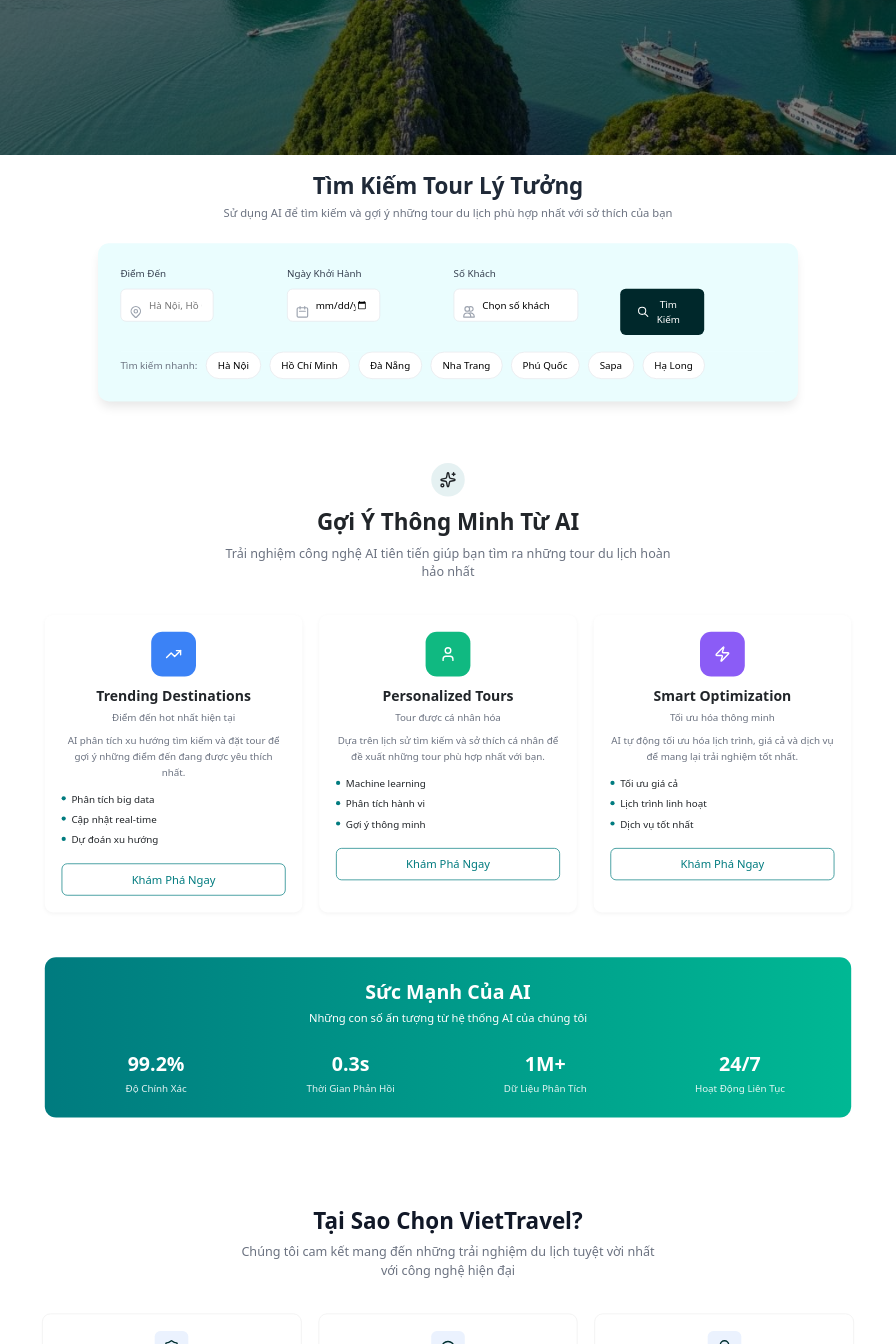
Repository: QuangZuy11/TravelBookingSystem-FE
Page: /
The author's editor kept a copy of each file at every save. The page is drawn from the files as they stood at one save, then again after a run of saves.
The browser window is 1280 px wide. The pictures show the part of the page from y = 598 to 2518 px (the page is 3639 px tall before and 3981 px after), at 70% of full size.
The page's requests for data from a server got no answer. The project was rebuilt for these pictures with package versions that can differ from the ones it lists, and the page was loaded fresh each time. No one was signed in, and anything a server would have sent is missing. Also part of the build but not shown: vite.config.js, src/pages/auth/AuthPage.css, src/pages/auth/AuthPage.jsx, src/contexts/FlightContext.jsx, src/components/common/ErrorBoundary.jsx, src/utils/tokenUtils.js, src/components/common/ProtectedRoute.jsx, src/pages/NotFoundPage.jsx and 63 more.

Above is the page before, as saved 2025-10-07 23:03:44.

### src/index.css
@tailwind base;
@tailwind components;
@tailwind utilities;

/* Bạn có thể thêm CSS custom ở dưới */

:root {
  font-family: system-ui, Avenir, Helvetica, Arial, sans-serif;
  line-height: 1.5;
  font-weight: 400;

  color-scheme: light;
  color: rgba(0, 0, 0, 0.87);
  background-color: #ffffff;

  font-synthesis: none;
  text-rendering: optimizeLegibility;
  -webkit-font-smoothing: antialiased;
  -moz-osx-font-smoothing: grayscale;
}

@media (prefers-color-scheme: light) {
  :root {
    color: #213547;
    background-color: #ffffff;
  }
  a:hover {
    color: #747bff;
  }
  button {
    background-color: #f9f9f9;
  }
}

### src/pages/traveler/Homepage.jsx
import TopBar from "../../components/layout/Topbar/Topbar";
import Header from "../../components/layout/Header/Header";
import HeroSection from "../../components/layout/HeroSection/HeroSection";
import TourSearchForm from "../../components/layout/TourSearchForm/TourSearchForm";
import Footer from "../../components/layout/Footer/Footer.jsx";
import AITitle from "../../components/layout/AITitle/AITitle.jsx";
import WhyVietTravel from "../../components/layout/WhyVietTravel/WhyVietTravel.jsx";
import FeaturedTours from "../../components/layout/FeaturedTours/FeaturedTours.jsx";
function Homepage() {
  return (
    <>
      <TopBar />
      <Header />
      <HeroSection />
      <TourSearchForm />
      <AITitle />
      <WhyVietTravel />
      <Footer />

    </>
  );
}

export default Homepage;

### src/contexts/AuthContext.jsx
import React, { createContext, useState, useContext, useEffect } from 'react';
import { useNavigate } from 'react-router-dom';

const AuthContext = createContext(null);

export const AuthProvider = ({ children }) => {
  const [user, setUser] = useState(null);
  const navigate = useNavigate();

  useEffect(() => {
    // Check token and other stored data
    const token = localStorage.getItem('token');
    const fullName = localStorage.getItem('fullName');
    const providerId = localStorage.getItem('providerId');
    const role = localStorage.getItem('role');

    // If we have a token and basic user info, restore the user state
    if (token && fullName) {
      const restoredUser = {
        name: fullName,
        providerId: providerId,
        role: role,
        token: token
      };
      setUser(restoredUser);
    }
  }, []);

  const login = (data) => {
    const userToSet = {
      name: data.fullName,
      providerId: data.id,
      role: data.role,
      token: data.token
    };

    // Store all relevant data
    localStorage.setItem('token', data.token);
    localStorage.setItem('fullName', data.fullName);
    localStorage.setItem('providerId', data.id);
    localStorage.setItem('role', data.role);
    localStorage.setItem('user', JSON.stringify(userToSet));

    setUser(userToSet);
  };

  const logout = () => {
    // Clear all stored data
    localStorage.removeItem('token');
    localStorage.removeItem('fullName');
    localStorage.removeItem('providerId');
    localStorage.removeItem('role');
    localStorage.removeItem('user');

    setUser(null);
    navigate('/');
  };

  return (
    <AuthContext.Provider value={{ user, login, logout }}>
      {children}
    </AuthContext.Provider>
  );
};

export const useAuth = () => {
  return useContext(AuthContext);
};

### src/components/layout/Topbar/Topbar.jsx
import React from "react";
import { FaPhoneAlt, FaEnvelope } from "react-icons/fa";
import "./Topbar.css";

const TopBar = () => {
  return (
    <div className="topbar">
      <div className="topbar-left">
        <FaPhoneAlt className="icon" />
        <span className="me-4">Hotline: 1900-1234</span>
      </div>
      <div className="topbar-center">
        <FaEnvelope className="icon" />
        <span>info@viettravel.com</span>
      </div>

      <div className="topbar-right">Hỗ trợ 24/7 - Đặt tour nhanh chóng </div>
    </div>
  );
};

export default TopBar;

### src/components/layout/Header/Header.jsx
import React, { useState } from 'react';
import { FaUserCircle } from "react-icons/fa";
import { Link, useNavigate } from "react-router-dom";
import "./Header.css";
import Logo from "../../assets/logo.png";
import { useAuth } from '../../../contexts/AuthContext';

const Header = () => {
  const { user, logout } = useAuth();
  const [dropdownVisible, setDropdownVisible] = useState(false);
  const navigate = useNavigate();

  const handleLogout = () => {
    logout();
    setDropdownVisible(false);
    navigate('/');
  };

  return (
    <header className="header">
      <div className="header-container">
        <div className="header-logo">
        <img src={Logo} alt="VietTravel Logo" className="logo-img" />
        <span className="logo-text">VietTravel</span>
      </div>

      <nav className="header-nav">
        <a href="/">Trang Chủ</a>
        <a href="/tour">Tour Du Lịch</a>
        <a href="/hotel-page">Khách Sạn</a>
        <a href="/about">Về Chúng Tôi</a>
        <a href="/contact">Liên Hệ</a>
      </nav>
      <div className="header-auth">
        {user ? (
          <div className="header-user-info" onClick={() => setDropdownVisible(!dropdownVisible)}>
            <FaUserCircle className="login-icon" />
            <span>{user.name}</span>
            {dropdownVisible && (
              <div className="dropdown-menu">
                <Link to="/profile" className="dropdown-item">Profile</Link>
                {user.role === 'ServiceProvider' && (
                  <Link to="/provider/hotels" className="dropdown-item">Quản lý dịch vụ</Link>
                )}
                <button onClick={handleLogout} className="dropdown-item">Đăng xuất</button>
              </div>
            )}
          </div>
        ) : (
          <Link to="/auth" className="header-login-link">
            <div className="header-login">
              <FaUserCircle className="login-icon" />
              <span>Đăng Nhập</span>
            </div>
          </Link>
        )}
      </div>
      </div>
    </header>
  );
};

export default Header;

### src/components/layout/HeroSection/HeroSection.jsx
import "./HeroSection.css";

const HeroSection = () => {
  return (
    <section className="hero">
      <div className="hero-overlay">
        <div className="hero-content">
          <h1 class="title">
            Khám Phá Việt Nam <br />
            <span class="highlight">Cùng AI Thông Minh</span>
          </h1>
          <p>
            Trải nghiệm du lịch được cá nhân hóa với công nghệ AI tiên tiến. Tìm
            kiếm, đặt tour và khám phá những điểm đến tuyệt vời nhất Việt Nam.
          </p>

          <div className="hero-buttons">
            <button className="btn primary">Khám Phá Ngay →</button>
            <button className="btn secondary">▶ Xem Video</button>
          </div>

          <div className="hero-stats">
            <div>
              <h3>1000+</h3>
              <p>Tour Du Lịch</p>
            </div>
            <div>
              <h3>50K+</h3>
              <p>Khách Hàng</p>
            </div>
            <div>
              <h3>4.9★</h3>
              <p>Đánh Giá</p>
            </div>
          </div>
        </div>
      </div>
    </section>
  );
};

export default HeroSection;

### src/components/layout/WhyVietTravel/WhyVietTravel.jsx
import React from "react";
import "./WhyVietTravel.css";
import { Shield, Headphones, Award, Zap, Users, Globe } from "lucide-react";

const features = [
  {
    icon: Shield,
    title: "Đảm Bảo An Toàn",
    description:
      "Bảo hiểm du lịch toàn diện và đội ngũ hướng dẫn viên chuyên nghiệp",
  },
  {
    icon: Headphones,
    title: "Hỗ Trợ 24/7",
    description: "Đội ngũ tư vấn sẵn sàng hỗ trợ bạn mọi lúc, mọi nơi",
  },
  {
    icon: Award,
    title: "Chất Lượng Đảm Bảo",
    description: "Được chứng nhận bởi Tổng cục Du lịch Việt Nam",
  },
  {
    icon: Zap,
    title: "Công Nghệ AI",
    description: "Ứng dụng trí tuệ nhân tạo để tối ưu trải nghiệm du lịch",
  },
  {
    icon: Users,
    title: "Cộng Đồng Lớn",
    description: "Hơn 50,000 khách hàng tin tưởng và đồng hành",
  },
  {
    icon: Globe,
    title: "Phủ Sóng Toàn Quốc",
    description: "Mạng lưới đối tác rộng khắp 63 tỉnh thành",
  },
];

const WhyVietTravel = () => {
  return (
    <section className="why-container">
      <div className="why-header">
        <h2 className="why-title">Tại Sao Chọn VietTravel?</h2>
        <p className="why-subtitle">
          Chúng tôi cam kết mang đến những trải nghiệm du lịch tuyệt vời nhất
          với công nghệ hiện đại
        </p>
      </div>

      {/* Features Grid */}
      <div className="why-grid">
        {features.map((feature, index) => {
          const IconComponent = feature.icon;
          return (
            <div key={index} className="why-card">
              <div className="why-icon">
                <IconComponent size={24} />
              </div>
              <h3 className="why-card-title">{feature.title}</h3>
              <p className="why-card-text">{feature.description}</p>
            </div>
          );
        })}
      </div>

      {/* Stats Section */}
      <div className="why-stats">
        <div>
          <div className="why-stat-value">1000+</div>
          <div className="why-stat-label">Tour Du Lịch</div>
        </div>
        <div>
          <div className="why-stat-value">50K+</div>
          <div className="why-stat-label">Khách Hàng Hài Lòng</div>
        </div>
        <div>
          <div className="why-stat-value">4.9/5</div>
          <div className="why-stat-label">Đánh Giá Trung Bình</div>
        </div>
        <div>
          <div className="why-stat-value">24/7</div>
          <div className="why-stat-label">Hỗ Trợ Khách Hàng</div>
        </div>
      </div>
    </section>
  );
};

export default WhyVietTravel;

### src/components/layout/Topbar/Topbar.css
.topbar {
  background-color: #002f2f;
  color: white;
  font-size: 14px;
  display: flex;
  justify-content: space-between;
  align-items: center;
  padding: 10px 20px;
  width: 100%;
  box-sizing: border-box;
  position: fixed;
  top: 0;
  left: 0;
  z-index: 1000;
}

.topbar-left {
  display: flex;
  align-items: center;
  margin-left: 25px;
}
.topbar-right {
  text-align: right;
  font-weight: 500;
}
.topbar-center {
  display: flex;
  align-items: center;
  margin-right: auto;
  margin-left: 40px;
}
.icon {
  margin-right: 6px;
}

### src/components/layout/Header/Header.css
.header {
 display: flex;
  justify-content: space-around;
  align-items: center;
  padding: 4px 10px;
  background-color: rgba(255, 255, 255, 0.7);
  color: #002f2f;
  font-size: 18px;
  border-bottom: 1px solid #eee;
  position: fixed;
  top: 40px;
  z-index: 1000;
  backdrop-filter: blur(8px);
  left: 0;
  width: 100%;
}

.header-container {
  max-width: 1440px;
  margin: 0 auto;
  display: flex;
  justify-content: space-between;
  align-items: center;
  padding: 4px 24px;
  font-size: 18px;
  width: 100%;
}

.header-logo {
  display: flex;
  align-items: center;
  gap: 8px;
}

.logo-img {
  width: 32px;
  height: 32px;
  object-fit: contain;
}

.logo-text {
  font-size: 18px;
  font-weight: bold;
  color: #007b7f;
}

/* Navigation menu */
.header-nav {
  display: flex;
  gap: 32px;
}

.header-nav a {
  text-decoration: none;
  color: #002f2f;
  font-weight: 500;
  transition: color 0.3s, border-bottom 0.3s;
  padding-bottom: 2px;
}

.header-nav a:hover {
  color: #007b7f;
  border-bottom: 2px solid #007b7f;
}

/* Login section */
.header-login {
  display: flex;
  align-items: center;
  gap: 6px;
  cursor: pointer;
  font-weight: 500;
  transition: color 0.3s;
  margin-left: 32px;
}

.header-login:hover {
  color: #007b7f;
}

.login-icon {
  font-size: 22px;
}

.header-login-link {
  text-decoration: none;
  color: inherit;
}

.header-auth {
  position: relative;
  /* Quan trọng để định vị dropdown */
}

.header-user-info {
  display: flex;
  align-items: center;
  cursor: pointer;
  padding: 8px;
  border-radius: 5px;
  transition: background-color 0.2s;
}

.header-user-info:hover {
  background-color: #f0f0f0;
}

.header-user-info span {
  margin-left: 8px;
  font-weight: 500;
}

.dropdown-menu {
  position: absolute;
  top: 120%;
  /* Vị trí ngay dưới tên người dùng */
  right: 0;
  background-color: white;
  border-radius: 8px;
  box-shadow: 0 4px 15px rgba(0, 0, 0, 0.1);
  width: 150px;
  z-index: 1000;
  overflow: hidden;
  border: 1px solid #eee;
}

.dropdown-item {
  display: block;
  width: 100%;
  padding: 12px 16px;
  text-align: left;
  border: none;
  background: none;
  font-size: 15px;
  color: #333;
  cursor: pointer;
  text-decoration: none;
}

.dropdown-item:hover {
  background-color: #f5f5f5;
}

### src/components/layout/HeroSection/HeroSection.css
.hero {
  width: 100%;
  margin: 0;
  padding: 0;
  position: relative;
  height: 100vh;
  background: url("../../assets/HeroSection.jpg") no-repeat center center/cover;
  display: flex;
  align-items: center;
  justify-content: center;
  color: white;
  margin-top: 100px;
}

.hero-overlay {
  background-color: rgba(0, 0, 0, 0.5);
  width: 100%;
  height: 100%;
  display: flex;
  align-items: center;
  justify-content: center;
}

.hero-content {
  text-align: center;
  max-width: 800px;
  padding: 20px;
  margin-top: -90px;
}

.hero h1 {
  font-size: 70px;
  font-weight: bold;
  margin-bottom: 16px;
}

.hero .highlight {
  color: #a8c93c; /* màu xanh nhạt */
}

.hero p {
  font-size: 18px;
  margin-bottom: 24px;
  line-height: 1.6;
}

.hero-buttons {
  display: flex;
  justify-content: center;
  gap: 16px;
  margin-bottom: 40px;
}

.btn {
  padding: 12px 24px;
  font-size: 16px;
  font-weight: 500;
  border-radius: 6px;
  cursor: pointer;
  transition: 0.3s;
}

.btn.primary {
  background: #002f2f;
  color: white;
  border: none;
}

.btn.primary:hover {
  background: #005f5f;
}

.btn.secondary {
  background: transparent;
  border: 2px solid white;
  color: white;
}

.btn.secondary:hover {
  background: white;
  color: #002f2f;
}

.hero-stats {
  display: flex;
  justify-content: center;
  gap: 60px;
  margin-top: 20px;
}

.hero-stats h3 {
  font-size: 28px;
  color: #a8c93c;
}

.hero-stats p {
  font-size: 16px;
  margin-top: -30px;
}

### src/components/layout/Footer/Footer.css
.footer {
  color: rgb(0, 0, 0);
  padding: 3rem 1rem;
}
.footer-divider {
  border-top: 1px solid #ddd;
  margin-bottom: 30px;
  margin-right: 14px;
  margin-left: 14px;
}
.footer-container {
  margin: 0 auto;
  padding-left: 15px;
  padding-right: 15px;
}

.footer-grid {
  display: grid;
  grid-template-columns: 1fr;
  gap: 2rem;
}

@media (min-width: 768px) {
  .footer-grid {
    grid-template-columns: repeat(2, 1fr);
  }
}
@media (min-width: 1024px) {
  .footer-grid {
    grid-template-columns: repeat(4, 1fr);
  }
}

.footer-col {
  display: flex;
  flex-direction: column;
  gap: 1rem;
}

.footer-logo {
  display: flex;
  align-items: center;
  gap: 0.5rem;
}

.logo-icon {
  width: 32px;
  height: 32px;
  background: #193d40; /* blue-600 */
  display: flex;
  align-items: center;
  justify-content: center;
  border-radius: 8px;
}

.logo-icon .icon {
  color: white;
  width: 20px;
  height: 20px;
  margin-right: 1px;
}

.logo-text {
  font-size: 1.25rem;
  font-weight: bold;
  color: #002f2f;
}

.footer-desc {
  font-size: 0.9rem;
  color: #000000; /* gray-300 */
}

.footer-social button {
  background: none;
  border: none;
  cursor: pointer;
  padding: 0.5rem;
  border-radius: 8px;
}

.footer-social button:hover {
  background: #0f766e; /* slate-800 */
}

.social-icon {
  color: #002f2f;
  width: 20px;
  height: 20px;
}

.social-icon:hover {
  color: rgb(255, 255, 255);
}

.footer-title {
  font-size: 1.25rem;
  font-weight: bold;
  margin-top: 2.8px;
  margin-bottom: 0px;
}

.footer-links {
  list-style: none;
  padding: 0;
  margin-top: 0.3px;
  font-size: 0.9rem;
}

.footer-links li a {
  font-size: 0.9rem;
  color: #000000;
}

.footer-links li a:hover {
  color: rgb(90, 72, 72);
}

.footer-contact {
  display: flex;
  flex-direction: column;
  gap: 0.5rem;
  margin-top: 11px;
}

.contact-item {
  display: flex;
  align-items: center;
  gap: 0.5rem;
  font-size: 0.9rem;
  color: #000000;
}

.contact-icon {
  color: #193d40;
  width: 16px;
  height: 16px;
}

.newsletter h4 {
  margin-bottom: 0.5rem;
  font-weight: 500;
}

.newsletter-form {
  display: flex;
  gap: 0.5rem;
}

.newsletter-form input {
  flex: 1;
  padding: 0.5rem;
  border: 1px solid #000000;
  border-radius: 6px;
  background: #f3f6fa;
  color: #000000;
}

.newsletter-form input::placeholder {
  color: #9ca3af;
}

.newsletter-form button {
  background: #193d40;
  color: white;
  border: none;
  padding: 0.5rem 1rem;
  border-radius: 6px;
  cursor: pointer;
  transition: background 0.2s;
}

.newsletter-form button:hover {
  background: #193d40;
}

.footer-bottom {
  border-top: 1px solid #ddd; /* Dòng kẻ trên cùng */
  margin-bottom: 30px;
  margin-top: 2rem;
  padding-top: 2rem;
  text-align: center;
  font-size: 0.85rem;
  color: #000000;
}

### src/components/layout/WhyVietTravel/WhyVietTravel.css
.why-container {
  padding: 64px 20px;
  background: #fff;
  max-width: 1200px;
  margin: 0 auto;
}

.why-header {
  text-align: center;
  margin-bottom: 48px;
}

.why-title {
  font-size: 32px;
  font-weight: bold;
  margin-bottom: 12px;
  color: #111827;
}

.why-subtitle {
  font-size: 18px;
  color: #6b7280;
  max-width: 600px;
  margin: 0 auto;
}

/* Features Grid */
.why-grid {
  display: grid;
  grid-template-columns: 1fr;
  gap: 24px;
}

@media (min-width: 768px) {
  .why-grid {
    grid-template-columns: repeat(2, 1fr);
  }
}

@media (min-width: 1024px) {
  .why-grid {
    grid-template-columns: repeat(3, 1fr);
  }
}

.why-card {
  background: #ffffff;
  padding: 24px;
  border-radius: 12px;
  text-align: center;
  transition: all 0.3s ease;
  border: 1px solid #eee;
}

.why-card:hover {
  transform: translateY(-4px);
  box-shadow: 0px 6px 20px rgba(0, 0, 0, 0.08);
}

.why-icon {
  width: 48px;
  height: 48px;
  border-radius: 8px;
  margin: 0 auto 16px;
  display: flex;
  align-items: center;
  justify-content: center;
  background: rgba(59, 130, 246, 0.1);
  color: #002f2f;
  transition: 0.3s;
}

.why-card:hover .why-icon {
  background: #0f766e;
  color: #fff;
}

.why-card-title {
  font-size: 18px;
  font-weight: 600;
  margin-bottom: 8px;
  color: #111827;
}

.why-card-text {
  font-size: 14px;
  color: #6b7280;
  line-height: 1.6;
}

/* Stats Section */
.why-stats {
  margin-top: 64px;
  background: #00282b;
  border-radius: 16px;
  padding: 40px;
  display: grid;
  grid-template-columns: repeat(2, 1fr);
  gap: 32px;
  text-align: center;
  color: #fff;
}

@media (min-width: 768px) {
  .why-stats {
    grid-template-columns: repeat(4, 1fr);
  }
}

.why-stat-value {
  font-size: 28px;
  font-weight: bold;
  margin-bottom: 8px;
}

.why-stat-label {
  font-size: 14px;
  opacity: 0.9;
}

### src/components/layout/Header/ProviderHeader.css
/* ProviderHeader.css */
.header {
  position: fixed;
  top: 0;
  left: 0;
  width: 99%;
  height: 70px;
  background-color: #fff;
  display: flex;
  align-items: center;
  justify-content: space-between;
  padding: 0 20px;
  box-shadow: 0 2px 4px rgba(0, 0, 0, 0.1);
  z-index: 1000;
}

.header-logo {
  display: flex;
  align-items: center;
}

.header-logo img {
  height: 40px;
  margin-right: 10px;
}

.header-logo span {
  font-size: 20px;
  font-weight: bold;
  color: #0a3d62;
}

.header-nav {
  display: flex;
  gap: 20px;
}

.header-nav a {
  text-decoration: none;
  color: #0a3d62;
  transition: color 0.2s;
}

.header-nav a:hover {
  color: #2980b9;
}

.header-auth {
  display: flex;
  align-items: center;
}

.header-user-info {
  display: flex;
  align-items: center;
  cursor: pointer;
  position: relative;
}

.login-icon {
  font-size: 24px;
  margin-right: 5px;
}

.dropdown-menu {
  position: absolute;
  top: 100%;
  right: 0;
  margin-top: 10px;
  background-color: #fff;
  border: 1px solid #ddd;
  border-radius: 5px;
  box-shadow: 0 2px 8px rgba(0, 0, 0, 0.15);
  min-width: 150px;
  z-index: 1000;
}

.dropdown-item {
  display: block;
  padding: 10px;
  text-decoration: none;
  color: #333;
  transition: background-color 0.2s;
}

.dropdown-item:hover {
  background-color: #f2f2f2;
}

Loaded but not shown: index.html (common file); src/main.jsx (common file); src/App.css (common file); src/App.jsx (141 lines, source omitted); src/components/layout/TourSearchForm/TourSearchForm.jsx (157 lines, source omitted); src/components/layout/FeaturedTours/FeaturedTours.jsx (117 lines, source omitted); src/components/layout/AITitle/AITitle.jsx (102 lines, source omitted); src/components/layout/Footer/Footer.jsx (110 lines, source omitted); src/components/layout/FeaturedTours/FeaturedTours.css (214 lines, source omitted); src/components/layout/TourSearchForm/TourSearchForm.css (179 lines, source omitted); src/components/layout/AITitle/AITitle.css (196 lines, source omitted)

After the next 2 saves:
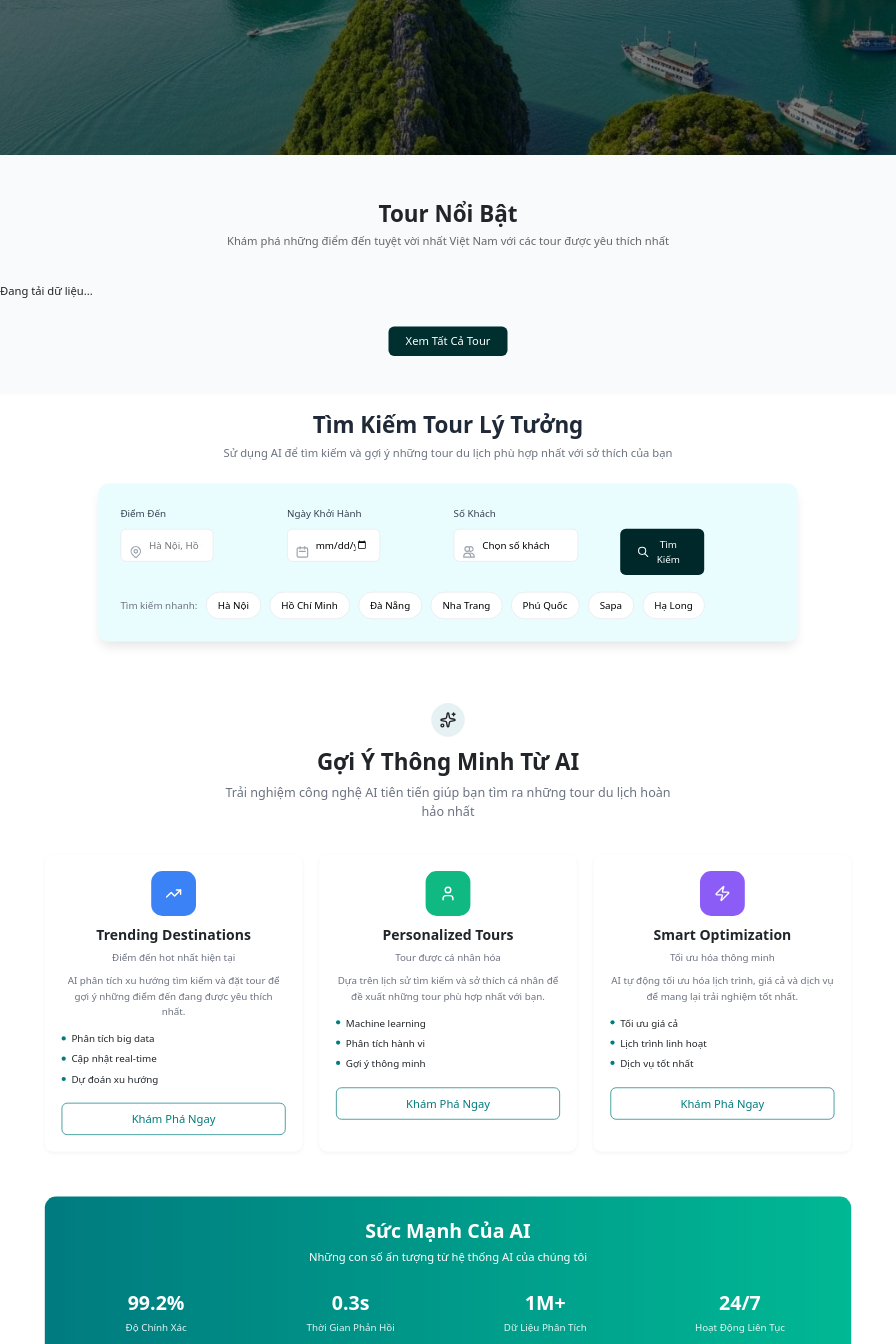
The 2 saves are shown as one change because they came seconds apart.
The last was saved 10 s later.
--- a/src/pages/traveler/Homepage.jsx
+++ b/src/pages/traveler/Homepage.jsx
@@ -12,11 +12,11 @@ function Homepage() {
       <TopBar />
       <Header />
       <HeroSection />
+      <FeaturedTours />
       <TourSearchForm />
       <AITitle />
       <WhyVietTravel />
       <Footer />
-
     </>
   );
 }
